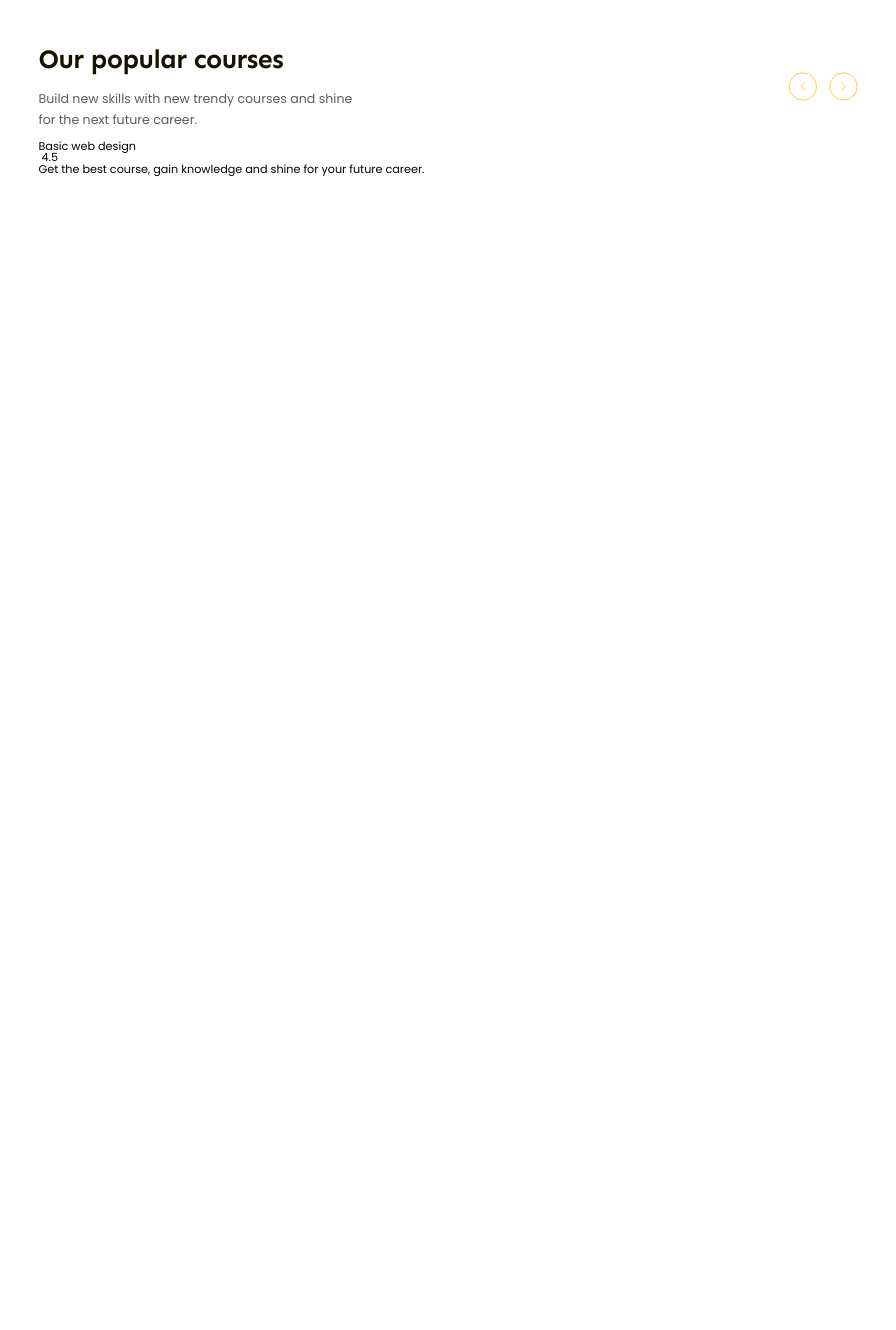
Repository: ynguyen1512/htmlcss-project-02
Page: index.html
These files come from the project's save history. The page is drawn as it stood at one moment and after the next save; the edit follows.
The browser window is 1280 px wide. The pictures show the part of the page from y = 1038 to 2938 px (the page is 5000 px tall), at 70% of full size.
A picture or video elsewhere on the page could not be fetched, so the positions and the page height are approximate.

Above is the page before, as saved 2023-02-20 22:37:57.

After the next save:
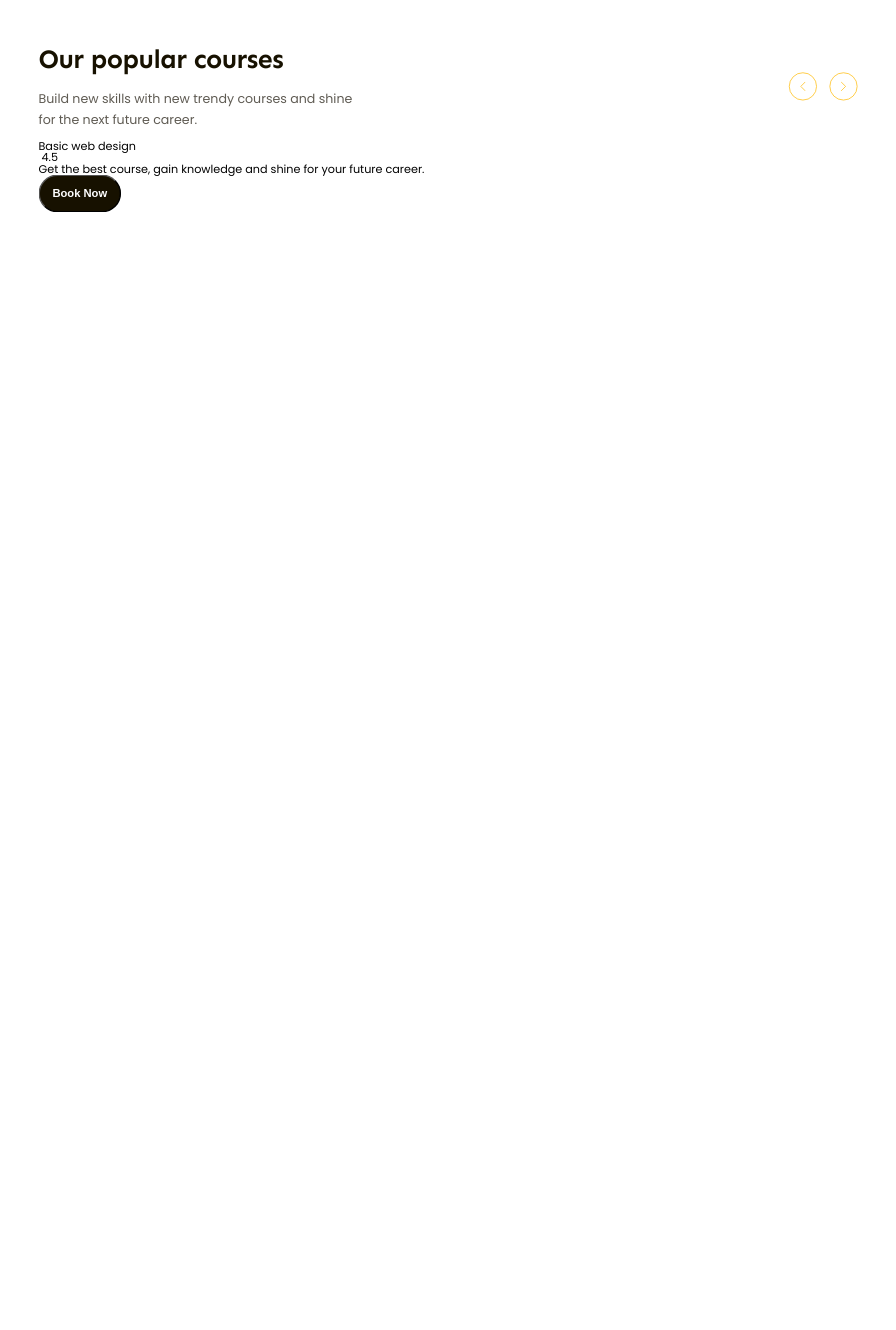
Saved 25 s later.
--- a/index.html
+++ b/index.html
@@ -142,7 +142,12 @@
                             </div>
                             <p class="desc">
                                 Get the best course, gain knowledge and shine for your
-                                future career.</p>
+                                future career.
+                            </p>
+                            <div class="foot">
+                                <span class="price"></span>
+                                <button class="btn">Book Now</button>
+                            </div>
                         </div>
                     </div>
                 </div>
